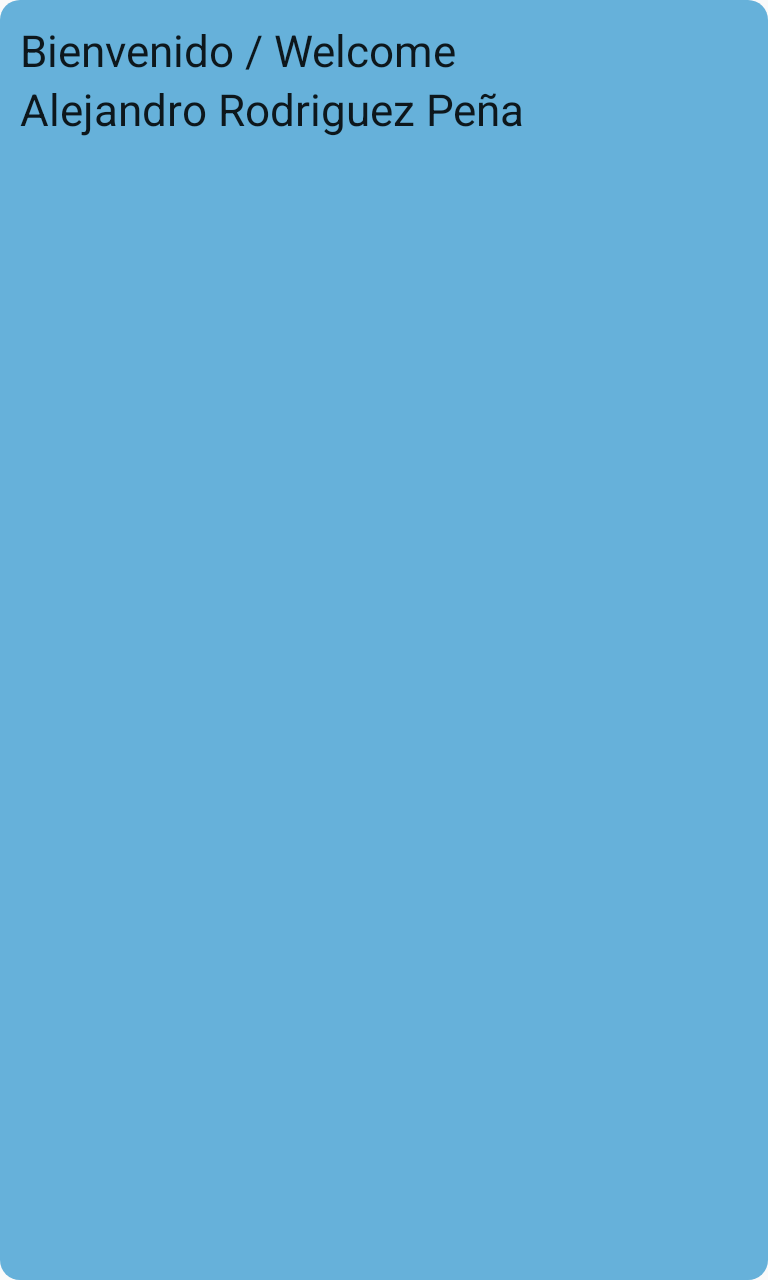
Repository: arodriguezp2003/aqandroid
Layout: Validador/res/layout/alerta_error.xml
An editor plug-in stored every save of this project. The layout is shown before and after the next save, followed by the edit.
It is drawn on a 768 x 1280 px phone screen (xhdpi) without system bars, with theme AppTheme; the app's code is not run.

Above is the layout before, as saved 2014-07-10 15:54:14.

After the next save:
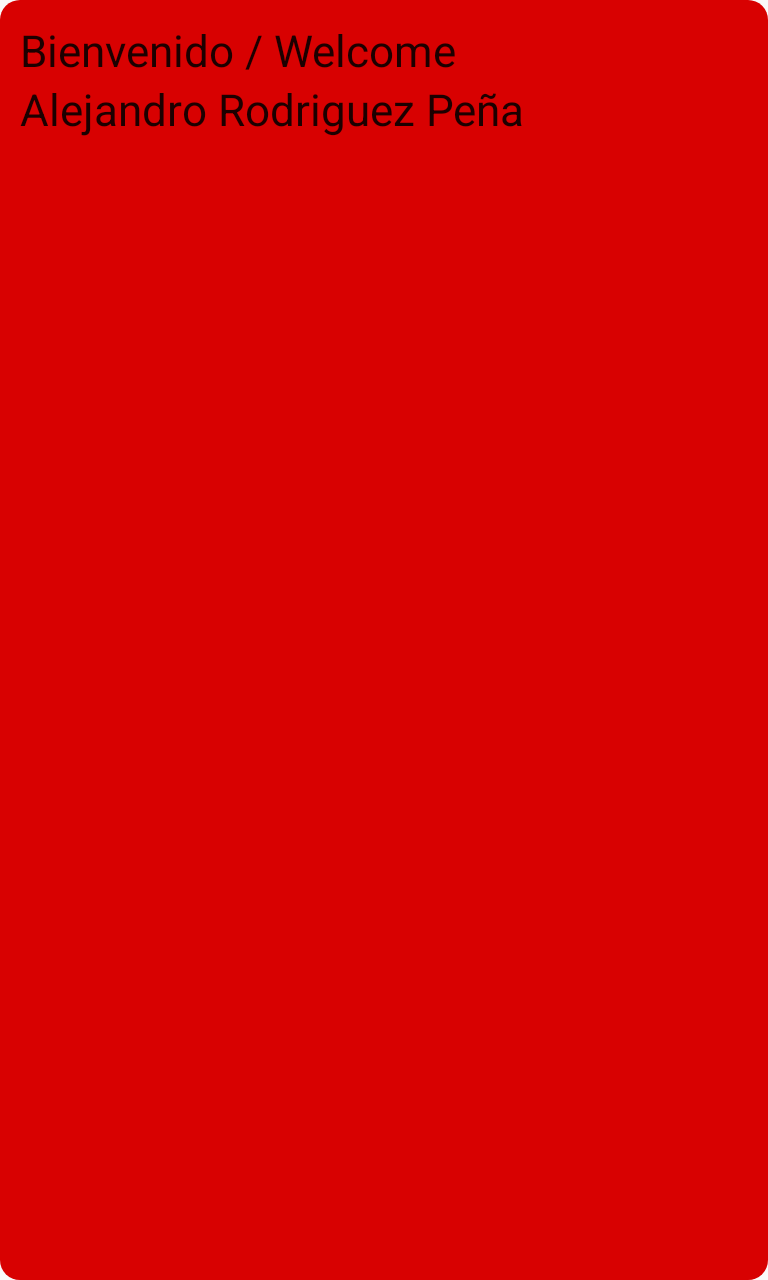
Saved 7 s later.
--- a/Validador/res/layout/alerta_error.xml
+++ b/Validador/res/layout/alerta_error.xml
@@ -3,7 +3,7 @@
     android:id="@+id/alerta_error"
     android:layout_width="fill_parent"
     android:layout_height="fill_parent"
-    android:background="@drawable/alerta_exitosa"
+    android:background="@drawable/alerta_error"
     android:orientation="vertical"
     android:padding="10dp" >
 
